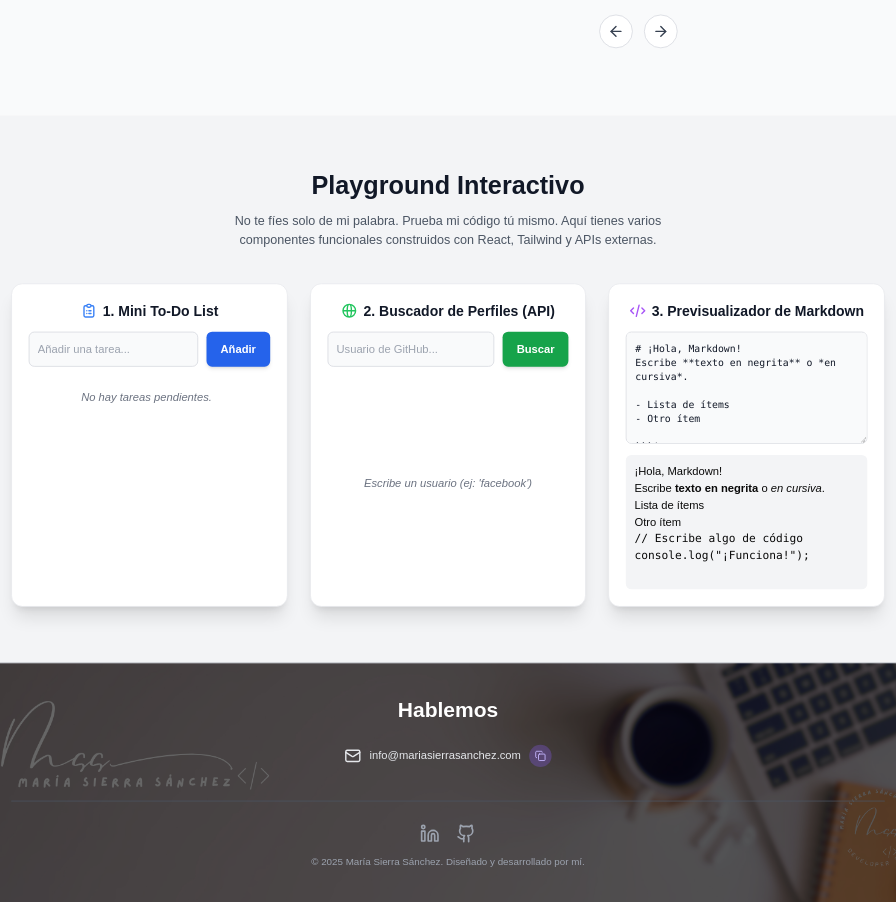
Repository: SierraMa1/SierraMa1.github.io
Page: /
An editor plug-in stored every save of this project. The page is shown before and after a run of saves, followed by the edit.
The browser window is 1280 px wide. The pictures show the part of the page from y = 2807 to 4727 px (the page is 4096 px tall before and 5080 px after), at 70% of full size.
The page's requests for data from a server got no answer. The project was rebuilt for these pictures with package versions that can differ from the ones it lists, and the page was loaded fresh each time. The framework's server and built-in components were replaced by stand-ins that run in the browser. No one was signed in, and anything a server would have sent is missing. Also part of the build but not shown: next.config.ts, src/components/ChatWindow.jsx.

Above is the page before, as saved 2025-10-27 13:37:00.

After the next 4 saves:
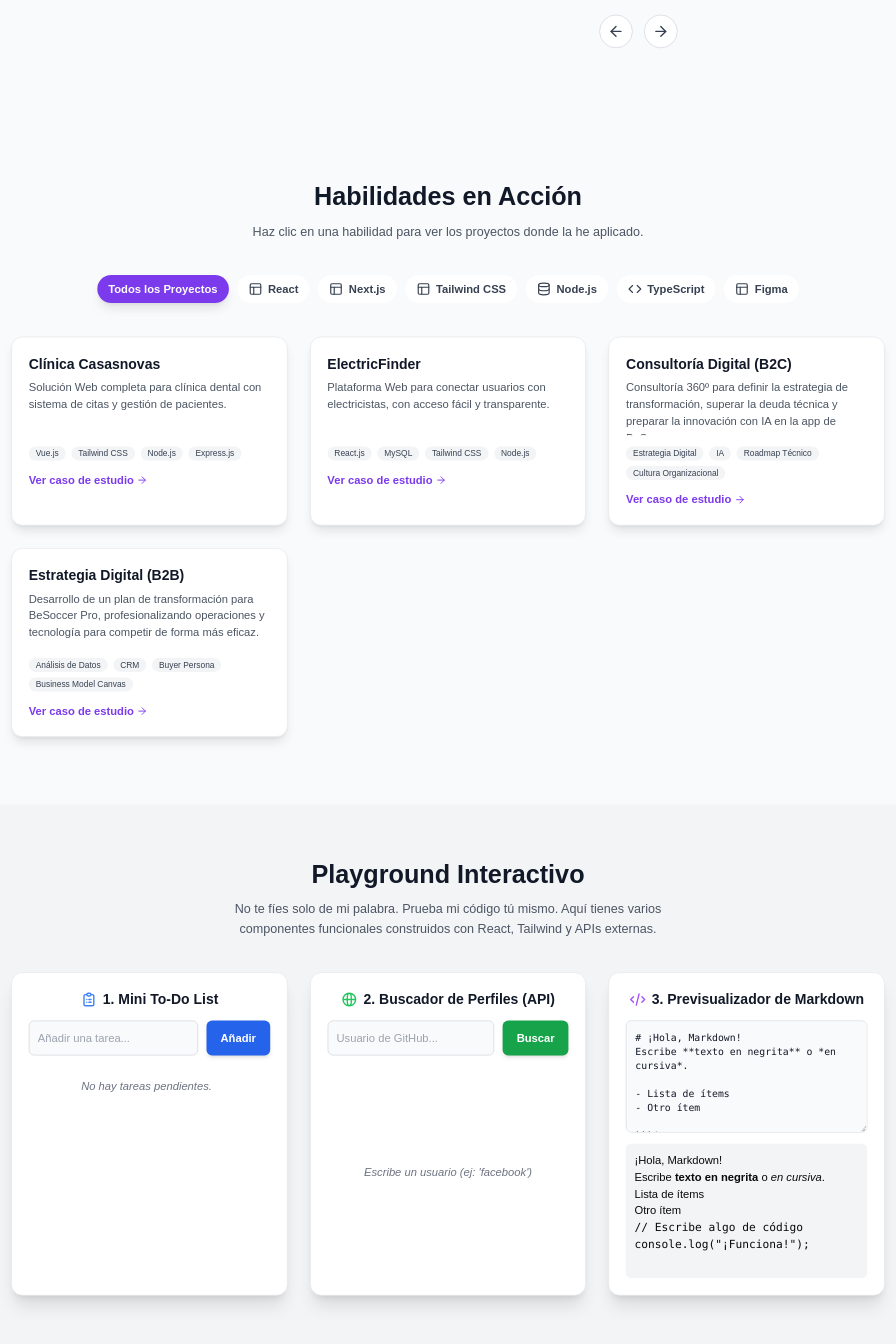
The 4 saves are shown as one change because they came seconds apart.
The last was saved 117 s later.
--- a/src/app/page.tsx
+++ b/src/app/page.tsx
@@ -1,8 +1,10 @@
+
 import Hero from '@/components/Hero';
 import ProjectsSection from '@/components/ProjectsSection';
 import AboutSection from '@/components/AboutSection';
 import Solutions from '@/components/Solutions';
 import PlaygroundSection from '@/components/PlaygroundSection';
+import SkillSection from '@/components/SkillSection';
 
 export default function Home() {
   return (
@@ -11,6 +13,7 @@ export default function Home() {
       <AboutSection />
       <Solutions />
       <ProjectsSection />
+      <SkillSection />
       <PlaygroundSection />
     </>
   );
